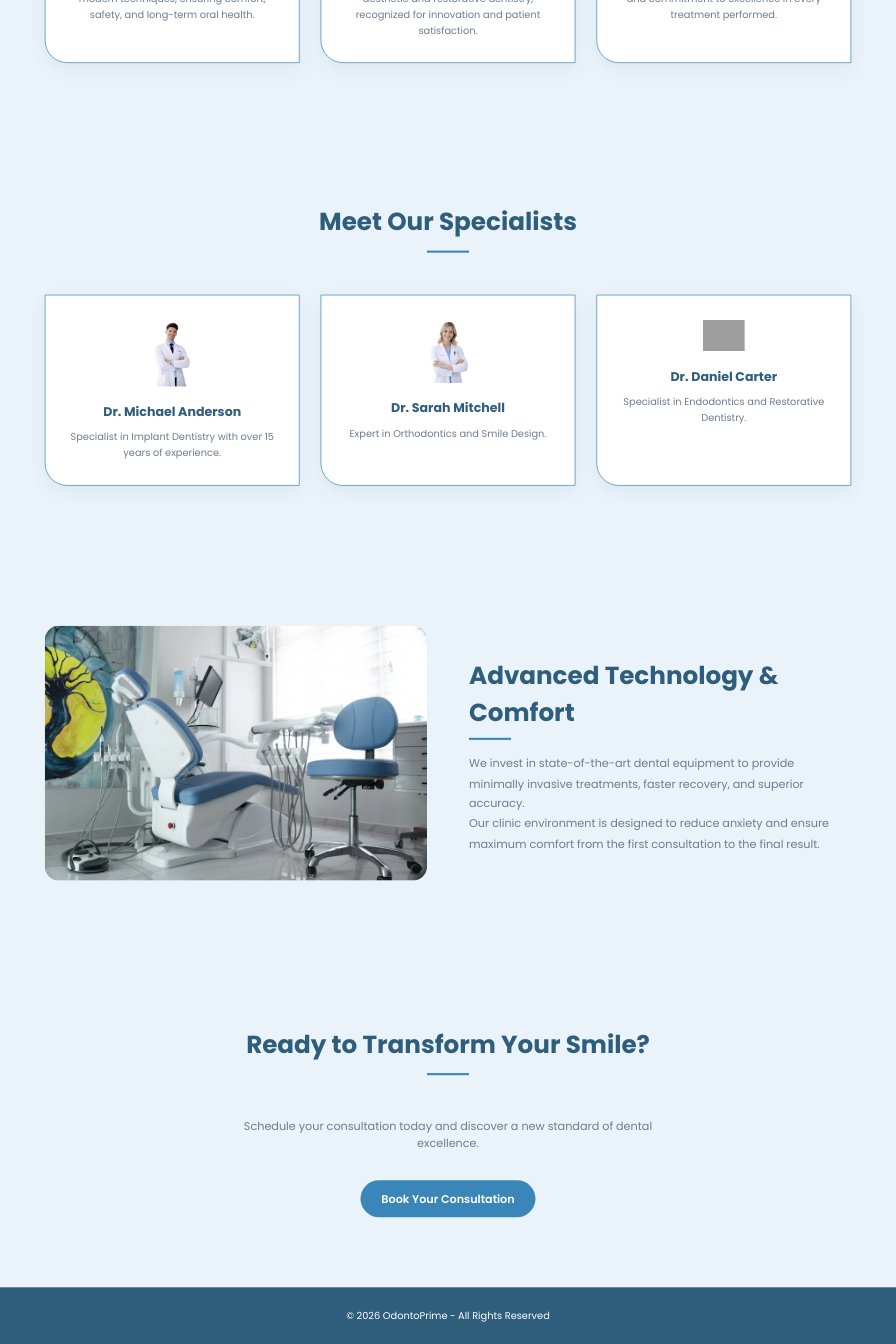
Repository: davidfsillva/OdontoPrime
Page: about.html
An editor plug-in stored every save of this project. The page is shown before and after a run of saves, followed by the edit.
The browser window is 1280 px wide. The pictures show the part of the page from y = 1390 to 3310 px (the page is 3310 px tall before and 3306 px after), at 70% of full size.
Pictures or frames that could not be fetched are drawn as grey boxes. A picture or video elsewhere on the page could not be fetched, so the positions and the page height are approximate.

Above is the page before, as saved 2026-02-16 22:54:38.

### about.html
<!DOCTYPE html>
<html lang="en">
<head>
<meta charset="UTF-8">
<meta name="viewport" content="width=device-width, initial-scale=1.0">
<title>About - OdontoPrime Excellence</title>

<link rel="stylesheet" href="style.css">
<link href="https://fonts.googleapis.com/css2?family=Poppins:wght@300;400;600;700&display=swap" rel="stylesheet">
</head>


<body>

<!-- HEADER -->
<header>
    <div class="container nav-container">
        <div class="logo">OdontoPrime</div>

        <nav id="nav">
            <a href="index.html">Home</a>
            <a href="about.html" class="active">About</a>
            <a href="services.html">Services</a>
            <a href="contact.html">Contact</a>
        </nav>

        <div class="menu-toggle" onclick="toggleMenu()">☰</div>
    </div>
</header>

<!-- HERO ABOUT -->
<section class="hero hero-about">
    <div class="container hero-content">
        <div class="hero-text">
            <h1>About OdontoPrime Excellence</h1>
            <p>
                Dedicated to delivering advanced dental care with precision,
                innovation, and a patient-centered approach.
            </p>
        </div>
    </div>
</section>

<!-- OUR STORY -->
<section class="about-preview">
    <div class="container about-grid">
        <div class="about-text">
            <h2>Our Story</h2>
            <p>
                Founded over a decade ago, OdontoPrime Excellence was created with a clear mission:
                to redefine modern dentistry through innovation, comfort, and excellence.
                Our clinic combines advanced technology with a humanized approach,
                ensuring each patient receives personalized and comprehensive care.
            </p>

            <p>
                Over the years, we have built a reputation for delivering long-lasting results,
                aesthetic precision, and preventive solutions that promote complete oral health.
            </p>
        </div>

        <div class="about-image">
            <img src="img/clinic-interior.webp" alt="Dental clinic interior">
        </div>
    </div>
</section>

<!-- MISSION VISION VALUES -->
<section class="departments">
    <div class="container">
        <h2>Our Principles</h2>

        <div class="dept-grid">

            <div class="card">
                <h3>Our Mission</h3>
                <p>
                    To provide exceptional dental care using modern techniques,
                    ensuring comfort, safety, and long-term oral health.
                </p>
            </div>

            <div class="card">
                <h3>Our Vision</h3>
                <p>
                    To become a reference in advanced aesthetic and restorative dentistry,
                    recognized for innovation and patient satisfaction.
                </p>
            </div>

            <div class="card">
                <h3>Our Values</h3>
                <p>
                    Ethics, transparency, precision, empathy, and commitment
                    to excellence in every treatment performed.
                </p>
            </div>

        </div>
    </div>
</section>

<!-- OUR TEAM -->
<section class="departments about-cards">
    <div class="container">
        <h2>Meet Our Specialists</h2>

        <div class="dept-grid">

            <div class="card">
                <img src="img/dr - Copia.png" alt="Lead dentist">
                <h3>Dr. Michael Anderson</h3>
                <p>Specialist in Implant Dentistry with over 15 years of experience.</p>
            </div>

            <div class="card">
                <img src="img/sara.png" alt="Orthodontist">
                <h3>Dr. Sarah Mitchell</h3>
                <p>Expert in Orthodontics and Smile Design.</p>
            </div>

            <div class="card">
                <img src="img/dentist3.webp" alt="Endodontist">
                <h3>Dr. Daniel Carter</h3>
                <p>Specialist in Endodontics and Restorative Dentistry.</p>
            </div>

        </div>
    </div>
</section>

<!-- WHY CHOOSE US EXTENDED -->
<section class="about-preview">
    <div class="container about-grid">

        <div class="about-image">
            <img src="img/photo.webp" alt="Dental technology">
        </div>

        <div class="about-text">
            <h2>Advanced Technology & Comfort</h2>
            <p>
                We invest in state-of-the-art dental equipment to provide
                minimally invasive treatments, faster recovery, and superior accuracy.
            </p>

            <p>
                Our clinic environment is designed to reduce anxiety and ensure
                maximum comfort from the first consultation to the final result.
            </p>
        </div>

    </div>
</section>

<!-- CALL TO ACTION -->
<section class="departments">
    <div class="container" style="text-align:center;">
        <h2>Ready to Transform Your Smile?</h2>
        <p style="max-width:600px; margin:20px auto; color:var(--text-medium);">
            Schedule your consultation today and discover a new standard of dental excellence.
        </p>

        <a href="contact.html" class="btn-view">Book Your Consultation</a>
    </div>
</section>

<!-- FOOTER -->
<footer>
    <p>© 2026 OdontoPrime - All Rights Reserved</p>
</footer>


<!-- BOTÃO VOLTAR AO TOPO -->
<a href="#" class="back-to-top" id="backToTop">↑</a>

<script src="script.js"></script>


</body>
</html>

### style.css
:root{

    --primary-blue: #2F5D7C;
    --secondary-blue: #4F7FA3;
    --accent-blue: #3A86B9;

    --bg-light: #EAF3F9;
    --white: #FFFFFF;
    --off-white: #E6EEF5;

    --text-dark: #2E3A46;
    --text-medium: #6B7C8F;

    --hero-gradient-start: rgba(47, 93, 124, 0.95);
    --hero-gradient-end: rgba(79, 127, 163, 0.85);

    --shadow-soft: 0 5px 20px rgba(47, 93, 124, 0.08);
}

*{
    margin:0;
    padding:0;
    box-sizing:border-box;
    font-family:'Poppins', sans-serif;
}

body{
    background:var(--bg-light);
    color:var(--text-dark);
}

.container{
    width:90%;
    max-width:1200px;
    margin:auto;
}

/* HEADER */

nav{
    display:flex;
    align-items:center;
}

header{
    position:absolute;
    width:100%;
    padding:25px 0;
    z-index:1000;
    background:transparent;
}

.nav-container{
    display:flex;
    justify-content:space-between;
    align-items:center;
}

.logo{
    font-weight:700;
    font-size:1.9rem;
    color:var(--white);
    text-shadow: 0 3px 8px rgba(0, 0, 0, 0.5);
}

nav a{
    margin-left:25px;
    text-decoration:none;
    color:var(--white);
    font-weight:500;
    transition:0.3s;
}

nav a:hover{
    color:var(--accent-blue);
}

.menu-toggle{
    display:none;
    font-size:24px;
    cursor:pointer;
    color:var(--white);
}

nav a.active{
    color: var(--accent-blue);
    font-weight: 600;
    position: relative;
}

/* HERO */

.hero{
    min-height:100vh;
    display:flex;
    align-items:center;
    background:
    linear-gradient(to right,
    rgba(79, 127, 163, 0.438),
    rgba(58, 134, 185, 0.048)),
    url('img/hero.webp') center/cover no-repeat;
    color:var(--white);
    padding:0 0;
    position:relative;
}

.hero-content{
    width:100%;
}

.hero-text{
    max-width:600px;
}

.hero h1{
    font-size:2.8rem;
    margin-bottom:20px;
    font-weight:700;
    line-height:1.2;
    text-shadow: 0 3px 8px rgba(0, 0, 0, 0.5);
}

.hero p{
    margin-bottom:25px;
    max-width:500px;
    font-size:16px;
    line-height:1.6;
    color:var(--white);
    text-shadow: 0 3px 8px rgba(0, 0, 0, 0.5);
}

.hero-about{
    background: var(--primary-blue);
    min-height: 60vh;
}


/* HERO STATS */

.hero-stats{
    position:absolute;
    bottom:0px;
    left:60%;
    transform:translateX(-50%);
    width:90%;
    max-width:1100px;
    display:grid;
    grid-template-columns:repeat(auto-fit, minmax(180px,1fr));
    gap:20px;
    padding:25px 40px;
    background:rgba(255,255,255,0.15);
    backdrop-filter:blur(15px);
    -webkit-backdrop-filter:blur(15px);
    border-radius:20px 0px 0px 0px;
    border:1px solid rgba(255,255,255,0.2);
}

.stat-item{
    text-align:center;
    color:var(--white);
}

.stat-item h2{
    font-size:2rem;
    font-weight:700;
}

.stat-item p{
    font-size:0.9rem;
    opacity:0.9;
}

/* BUTTONS */

.btn{
    padding:14px 30px;
    background:var(--white);
    border:none;
    color:var(--primary-blue);
    font-weight:600;
    border-radius:30px;
    cursor:pointer;
    transition:0.3s;
}

.btn:hover{
    background:var(--accent-blue);
    color:var(--white);
    transform:translateY(-3px);
}

.btn-view {
    padding:14px 30px;
    background:var(--accent-blue);
    border:none;
    color:var(--white);
    font-weight:600;
    border-radius:30px;
    cursor:pointer;
    transition:0.3s;
    text-decoration: none;
    text-align: center;
    display: block;
    width: fit-content;
    margin:40px auto 0;
}

.btn-view:hover {
    transform: translateY(-5px);
    box-shadow: 0 15px 30px rgba(0,0,0,0.2);
}

/* ABOUT */
.about-image{
    position:relative;
    overflow:hidden;
}


.about-preview{
    padding:100px 0;
}

.about-grid{
    display:grid;
    grid-template-columns:1fr 1fr;
    gap:60px;
    align-items:center;
}

.about-text h2{
    font-size:2.2rem;
    color:var(--primary-blue);
    margin-bottom:20px;
    position:relative;
}

.about-text h2::after{
    content:"";
    width:60px;
    height:3px;
    background:var(--accent-blue);
    display:block;
    margin-top:10px;
}

.about-text p{
    font-size:16px;
    line-height:1.8;
    color:var(--text-medium);
}

.about-grid img:not(.lead-dentist){
    width:100%;
    border-radius:20px;
}

.lead-dentist {
    border-radius: 30px; /* cantos arredondados */
    width: 60%;
    height: auto;
    margin: 0 auto;
    box-shadow: 0 8px 20px rgba(0,0,0,0.2); /* opcional: sombra suave */
    display: flex;
    justify-content: center; /* centraliza horizontalmente */
    align-items: center;     /* centraliza verticalmente se tiver altura */
}

/* DEPARTMENTS */

.departments{
    padding:100px 0;
}

.departments h2{
    text-align:center;
    font-size:2.2rem;
    color:var(--primary-blue);
    margin-bottom:60px;
    position:relative;
}

.departments h2::after{
    content:"";
    width:60px;
    height:3px;
    background:var(--accent-blue);
    display:block;
    margin:15px auto 0;
}

.dept-grid{
    display:grid;
    grid-template-columns: repeat(auto-fit, minmax(280px, 1fr));
    gap:30px;
}


.card {
    background:var(--white);
    padding:35px 25px;
    text-align:center;
    border-radius:18px;
    box-shadow:0 8px 25px rgba(47,93,124,0.08);
    transition:0.3s ease;


    border-radius: 0 0 0 32px;
    border:1px solid #3A86B9;

}

.why-card{
    border: none;
}


.card:hover{
    transform:translateY(-6px);
    box-shadow:0 15px 35px rgba(47,93,124,0.15);
}

.card img{
    width:60px;
    margin-bottom:15px;
}

.card h3{
    font-size:18px;
    margin-bottom:12px;
    color:var(--primary-blue);
}

.card p{
    font-size:14px;
    line-height:1.6;
    color:var(--text-medium);
}

/* WHY SECTION FULL IMAGE CARDS */

.why-card {
    position: relative;
    overflow: hidden;
    padding: 0;
    height: 350px;
    border-radius: 20px;
}

.why-card img {
    width: 100%;
    height: 100%;
    object-fit: cover;
    display: block;
}

.why-card .card-content {
    position: absolute;
    bottom: 0;
    width: 100%;
    padding: 25px;
    background: linear-gradient(
        to top,
        rgba(0,0,0,0.75),
        rgba(0,0,0,0.2)
    );
    color: var(--white);
}

.why-card h3 {
    margin-bottom: 8px;
    color: var(--white);
}

.why-card p {
    color: rgba(255,255,255,0.9);
    font-size: 14px;
}


/* WHY US */

.why-us{
    padding:100px 0;
    background:var(--white);
}

.why-us h2{
    text-align:center;
    font-size:2.2rem;
    margin-bottom:60px;
    color:var(--primary-blue);
    position:relative;
}

.why-us h2::after{
    content:"";
    width:60px;
    height:3px;
    background:var(--accent-blue);
    display:block;
    margin:15px auto 0;
}

.contact-grid{
    display:grid;
    grid-template-columns:1fr 1fr;
    gap:60px;
    align-items:start;
}

/* BOTÃO VOLTAR AO TOPO */
.back-to-top {
    position: fixed;       /* fixa na tela */
    bottom: 30px;          /* distância do rodapé */
    right: 30px;           /* distância da borda direita */
    background: var(--accent-blue);
    color: var(--white);
    padding: 12px 18px;
    border-radius: 50px;   /* deixa arredondado */
    text-decoration: none;
    font-weight: 600;
    font-size: 12px;
    box-shadow: 0 8px 20px rgba(0,0,0,0.2);
    transition: 0.3s;
    opacity: 0;            /* inicialmente invisível */
    pointer-events: none;  /* não clicável até aparecer */
    z-index: 1000;
}

.back-to-top:hover {
    background: var(--off-white);
    transform: translateY(-3px);
    color: black;
}

/* quando visível */
.back-to-top.show {
    opacity: 1;
    pointer-events: auto;
}



/* FOOTER */

footer{
    background:var(--primary-blue);
    color:var(--white);
    text-align:center;
    padding:30px;
    font-size:14px;
}

/* RESPONSIVE */

/* =========================
   RESPONSIVE
========================= */
@media (max-width: 768px) {

    /* NAVIGATION */
    nav {
        position: absolute;
        top: 80px;
        right: 0;
        background: var(--white);
        flex-direction: column;
        width: 200px;
        display: none;
        box-shadow: var(--shadow-soft);
    }

    nav a {
        padding: 15px;
        margin: 0;
        border-bottom: 1px solid var(--off-white);
        color: var(--text-dark);
    }

    nav.active {
        display: flex;
    }

    .menu-toggle {
        display: block;
    }

        /* HERO INTERNO (about, services, contact) */
    .hero-about,
    .hero-services,
    .hero-contact {
        min-height: 45vh;
        display: flex;
        align-items: center;
        justify-content: center;
        text-align: center;
        padding: 100px 20px 40px;
    }

    .hero-about h1,
    .hero-services h1,
    .hero-contact h1 {
        font-size: 1.6rem;
    }

    .hero-about p,
    .hero-services p,
    .hero-contact p {
        font-size: 0.95rem;
        max-width: 100%;
        margin: 0 auto;
    }

    /* ABOUT GRID */
    .about-grid {
        grid-template-columns: 1fr;
        gap: 30px;
        text-align: center;
    }

    .about-text h2 {
        font-size: 1.6rem;
    }

    /* DEPARTMENTS / SERVICES GRID */
    .dept-grid {
        grid-template-columns: 1fr;
        gap: 20px;
    }

    .card {
        padding: 25px 20px;
    }

    /* WHY SECTION */
    .why-us {
        padding: 70px 0;
    }

    .why-card {
        height: 280px;
    }

    /* CONTACT PAGE (caso tenha form grid) */
    .contact-grid {
        grid-template-columns: 1fr;
        gap: 30px;
    }

    .contact-form input,
    .contact-form textarea {
        width: 100%;
    }

    .hero {
        flex-direction: column;
        justify-content: center;
        align-items: center;
        text-align: center;
        padding: 20px 20px 0;
        background:
            linear-gradient(to top,
            rgba(47, 93, 124, 0.048),
            rgba(47, 93, 124, 0.2)),
            url('img/hero-mobile.webp') center/cover no-repeat;
    }



    .hero h1 {
        font-size: 1.8rem;
    }

    .hero p {
        max-width: 100%;
    }

        .hero-stats {
        left: 50%;
        transform: translateX(-50%);
        width: 95%;
        max-width: 100%;
        border-radius: 20px 20px 0 0;
        padding: 10px 12px 10px;
        gap: 1px;
        grid-template-columns: repeat(2, 1fr);
    }

    .stat-item h2 {
        font-size: 1.4rem;
    }

    .stat-item p {
        font-size: 0.75rem;
    }



}

### script.js
// TOGGLE MENU MOBILE
function toggleMenu() {
    document.getElementById("nav").classList.toggle("active");
}

// BOTÃO VOLTAR AO TOPO
const backToTopButton = document.getElementById('backToTop');

// Mostrar o botão quando a página for rolada 300px ou mais
window.addEventListener('scroll', () => {
    if (window.scrollY > 300) {
        backToTopButton.classList.add('show');
    } else {
        backToTopButton.classList.remove('show');
    }
});

// Rolar suavemente até o topo ao clicar
backToTopButton.addEventListener('click', (e) => {
    e.preventDefault();
    window.scrollTo({ top: 0, behavior: 'smooth' });
});

After the next 2 saves:
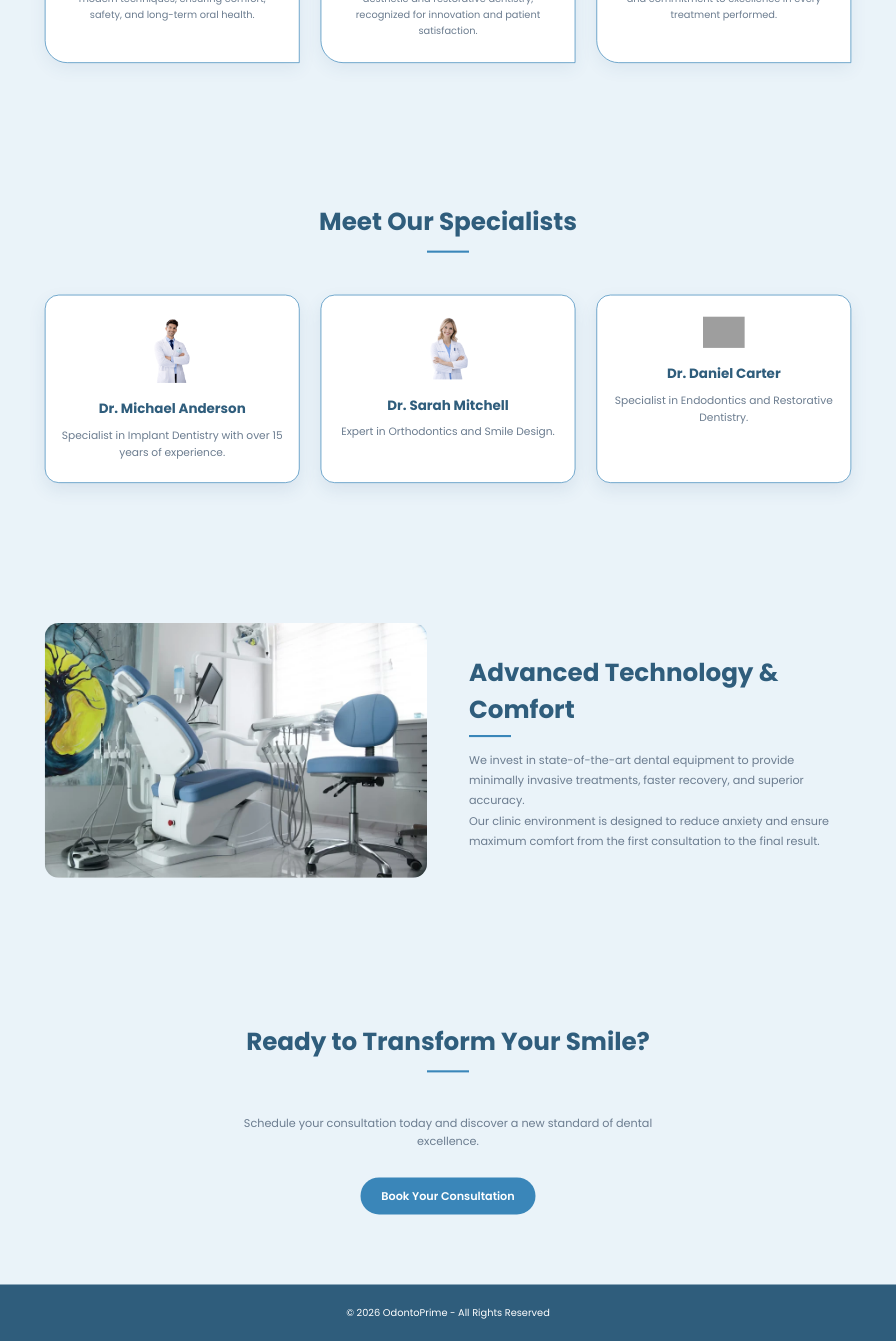
The 2 saves are shown as one change because they came seconds apart.
The last was saved 16 s later.
--- a/style.css
+++ b/style.css
@@ -440,6 +440,31 @@ nav a.active{
     pointer-events: auto;
 }
 
+/* CARDS ESPECÍFICOS DA PÁGINA ABOUT */
+.departments.about-cards .card {
+    border-radius: 20px;       /* cantos arredondados diferentes */
+    padding: 30px 20px;        /* ajuste do padding */
+    box-shadow: 0 10px 25px rgba(47,93,124,0.1); /* sombra personalizada */
+    transition: transform 0.3s ease, box-shadow 0.3s ease;
+}
+
+.departments.about-cards .card:hover {
+    transform: translateY(-5px);
+    box-shadow: 0 15px 35px rgba(47,93,124,0.2);
+}
+
+.departments.about-cards .card h3 {
+    font-size: 1.2rem;
+    color: var(--primary-blue);
+}
+
+.departments.about-cards .card p {
+    font-size: 0.95rem;
+    line-height: 1.6;
+    color: var(--text-medium);
+}
+
+
 
 
 /* FOOTER */
